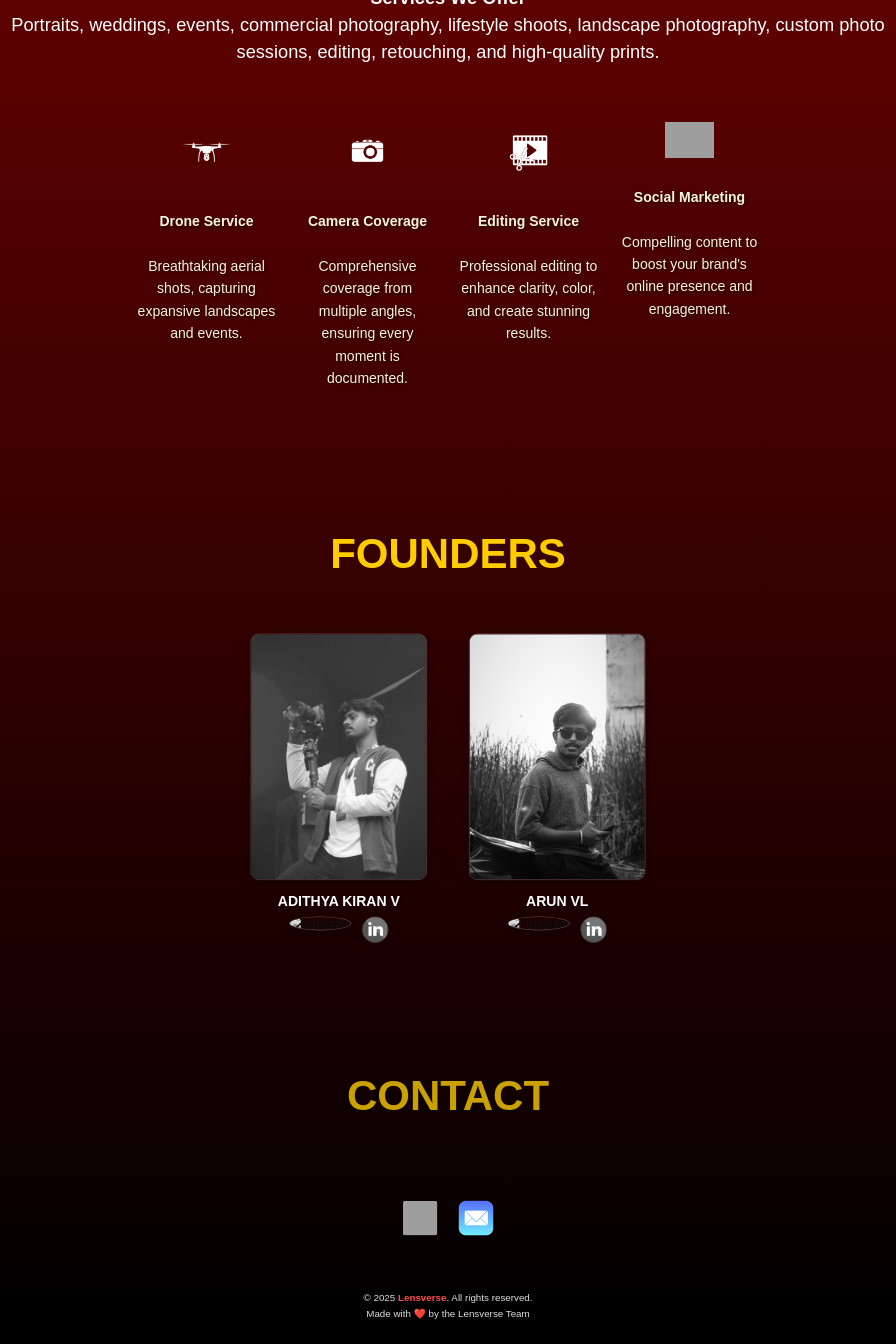
Repository: adithyakiran47/lensverse-frontend
Page: / (app in frontend/)
These files come from the project's save history. The page is drawn as it stood at one moment and after the next save; the edit follows.
The browser window is 1280 px wide. The pictures show the part of the page from y = 1363 to 3283 px (the page is 3283 px tall), at 70% of full size.
Pictures or frames that could not be fetched are drawn as grey boxes. The project was rebuilt for these pictures with package versions that can differ from the ones it lists, and the page was loaded fresh each time. Also part of the build but not shown: frontend/src/components/BookingForm.js.

Above is the page before, as saved 2025-06-20 14:20:00.
Not found: instagramlogo.png.png

After the next save:
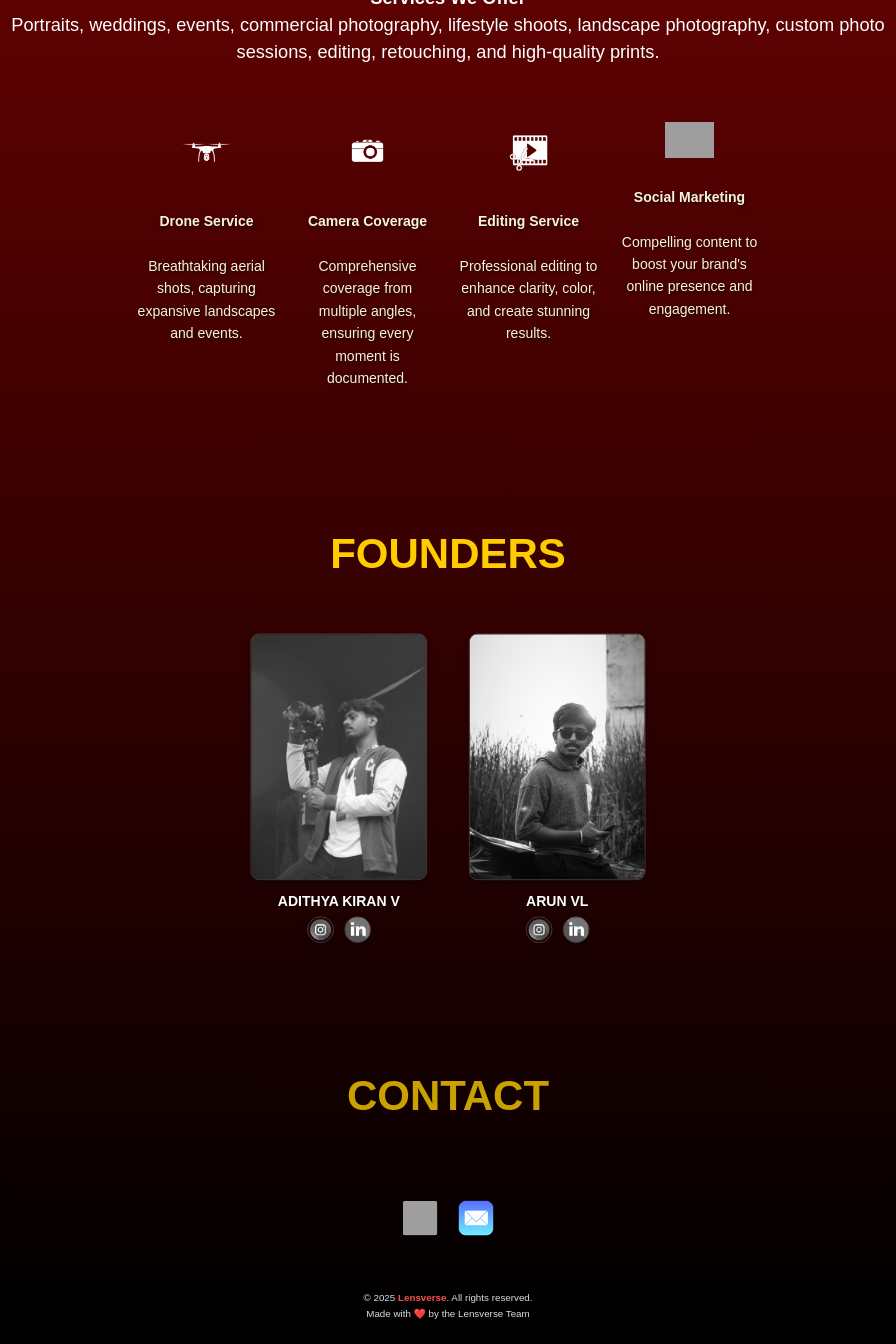
Saved 21 s later.
--- a/frontend/src/components/Team.js
+++ b/frontend/src/components/Team.js
@@ -15,7 +15,7 @@
               <h5>ADITHYA KIRAN V</h5>
               <div className="social">
                 <a href="https://www.instagram.com/adithya.x/" target="_blank" rel="noreferrer">
-                  <img src="/instagramlogo.png.png" alt="Instagram" />
+                  <img src="/instagramlogo.png" alt="Instagram" />
                 </a>
                 <a href="https://linkedin.com" target="_blank" rel="noreferrer">
                   <img src="/linkedin.png" alt="LinkedIn" />
@@ -28,7 +28,7 @@
               <h6>ARUN VL</h6>
               <div className="social">
                 <a href="https://www.instagram.com/__arun_vl__/" target="_blank" rel="noreferrer">
-                  <img src="/instagramlogo.png.png" alt="Instagram" />
+                  <img src="/instagramlogo.png" alt="Instagram" />
                 </a>
                 <a href="https://linkedin.com" target="_blank" rel="noreferrer">
                   <img src="/linkedin.png" alt="LinkedIn" />
